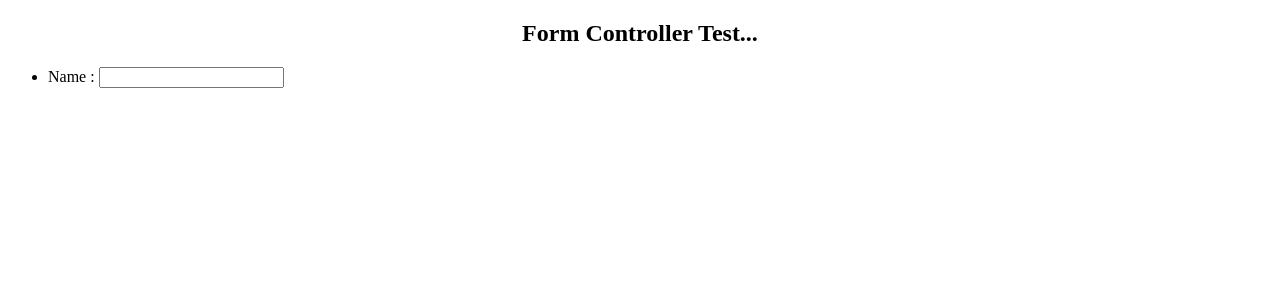
Repository: emily-hong/Maven-study
Page: maven02_SpringMVC/src/main/webapp/form.html
An editor plug-in stored every save of this project. The page is shown before and after a run of saves, followed by the edit.
The browser window is 1280 px wide. The pictures show the whole page.

Above is the page before, as saved 2024-10-02 03:06:16.

### maven02_SpringMVC/src/main/webapp/form.html
<!DOCTYPE html>
<html>
<head>
<meta charset="UTF-8">
<title>Insert title here</title>
</head>
<body>
<h2 align="center">Form Controller Test...</h2>
<form action="form.do" method="post">
	<ul>
		<li>Name : <input type="text" name="userName" id="userName"></li>
	</ul>
</form>

</body>
</html>

After the next 3 saves:
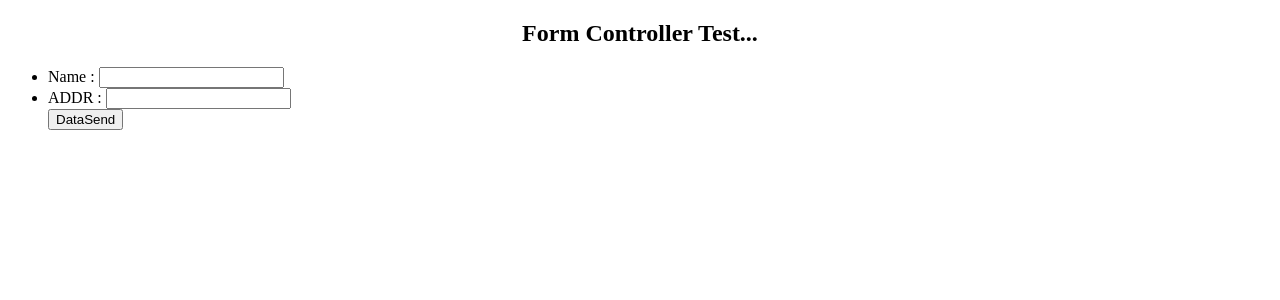
The 3 saves are shown as one change because they came seconds apart.
The last was saved 58 s later.
--- a/maven02_SpringMVC/src/main/webapp/form.html
+++ b/maven02_SpringMVC/src/main/webapp/form.html
@@ -9,7 +9,10 @@
 <form action="form.do" method="post">
 	<ul>
 		<li>Name : <input type="text" name="userName" id="userName"></li>
+		<li>ADDR : <input type="text" name="userAddr" id="userAddr"></li>
+		<input type="submit" value="DataSend">
 	</ul>
+
 </form>
 
 </body>
